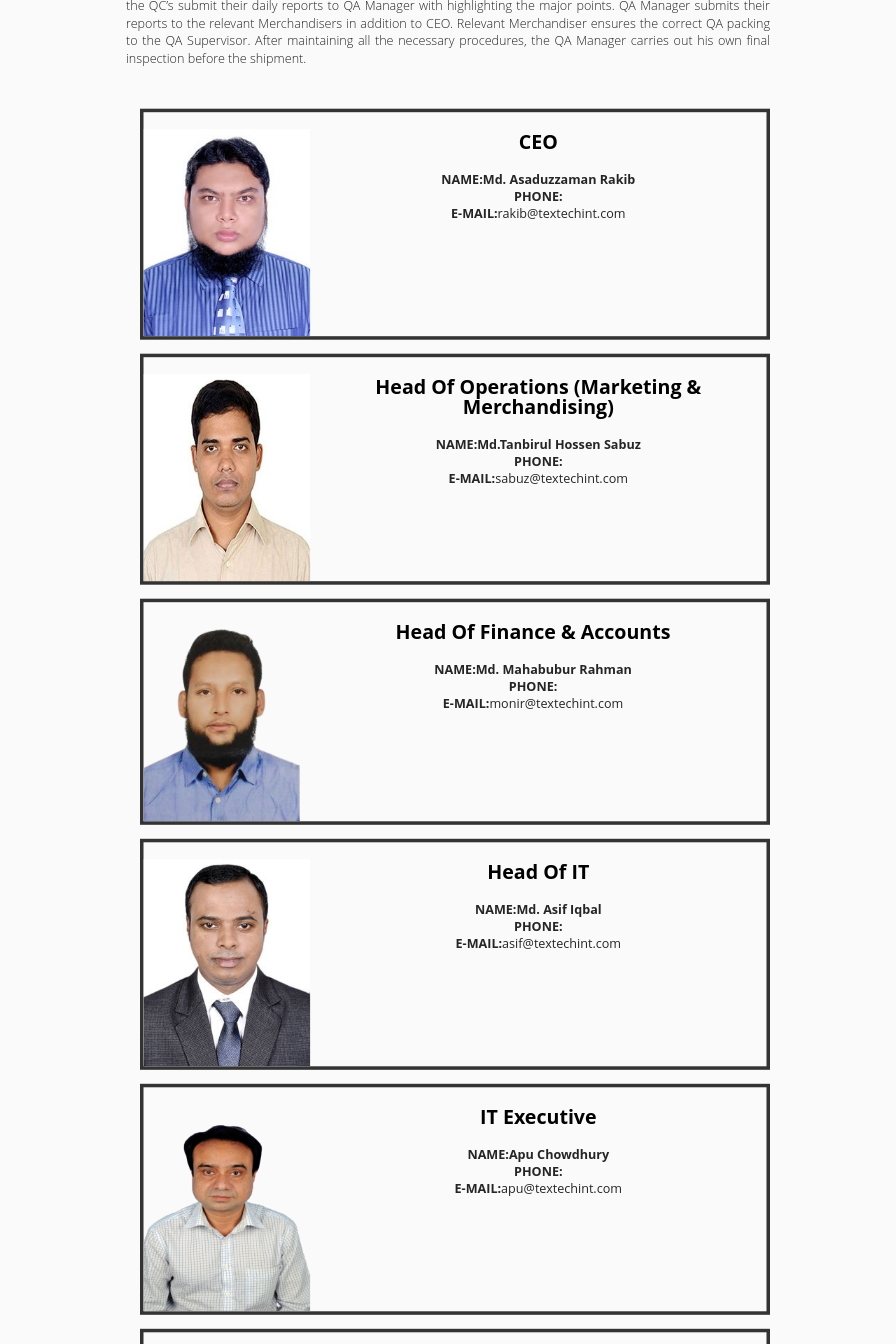
Repository: asifdotpy/textechint
Page: home.html
An editor plug-in stored every save of this project. The page is shown before and after a run of saves, followed by the edit.
The browser window is 1280 px wide. The pictures show the part of the page from y = 815 to 2735 px (the page is 4251 px tall), at 70% of full size.

Above is the page before, as saved 2021-03-01 15:30:29.

After the next 3 saves:
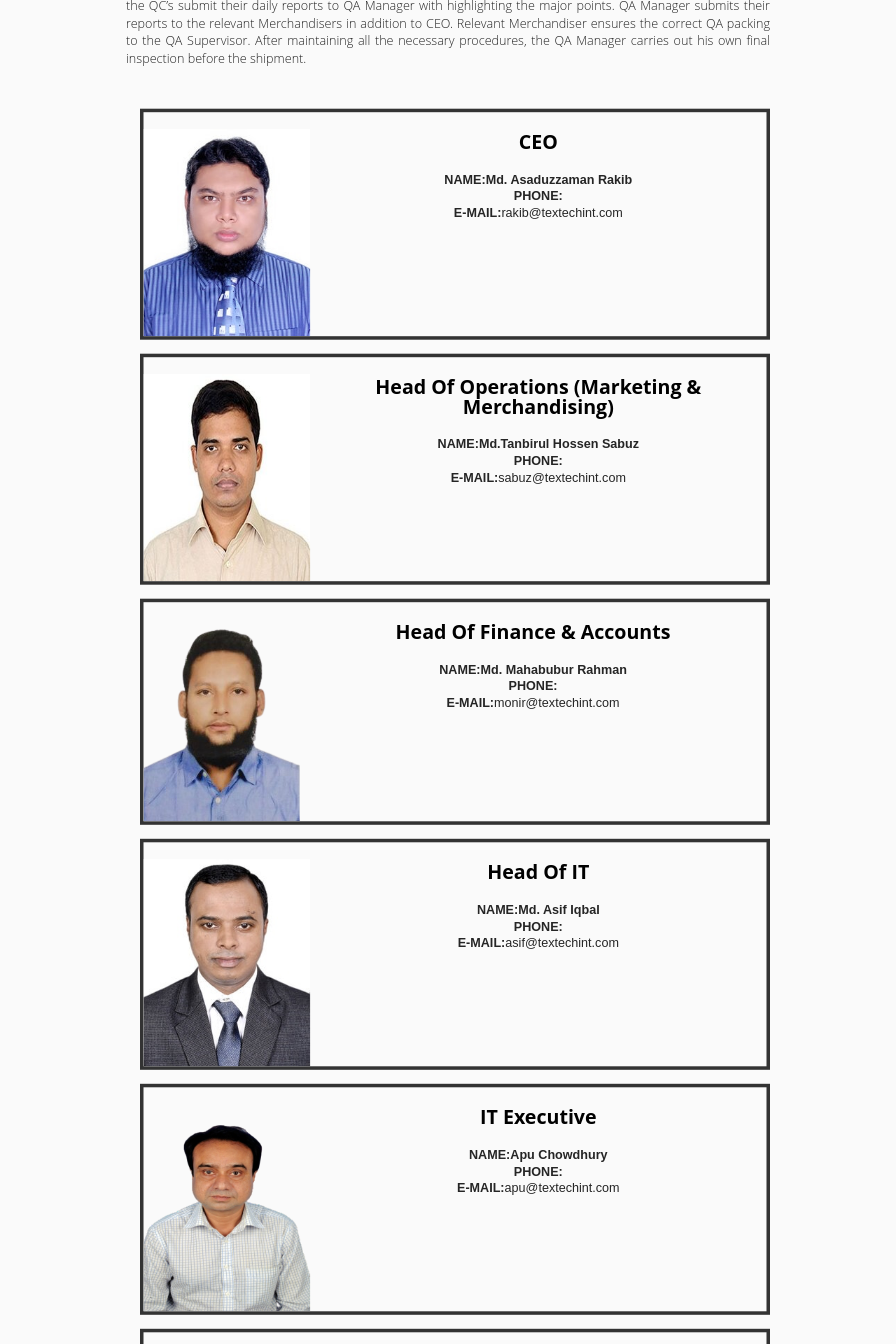
The 3 saves are shown as one change because they came seconds apart.
The last was saved 9 s later.
--- a/css/style.css
+++ b/css/style.css
@@ -426,6 +426,7 @@ div .main {
 }
 .post-container p {
 	font-size: 18px;
+	font-family: sans-serif;
 	fon
 }
 .post-thumb {
